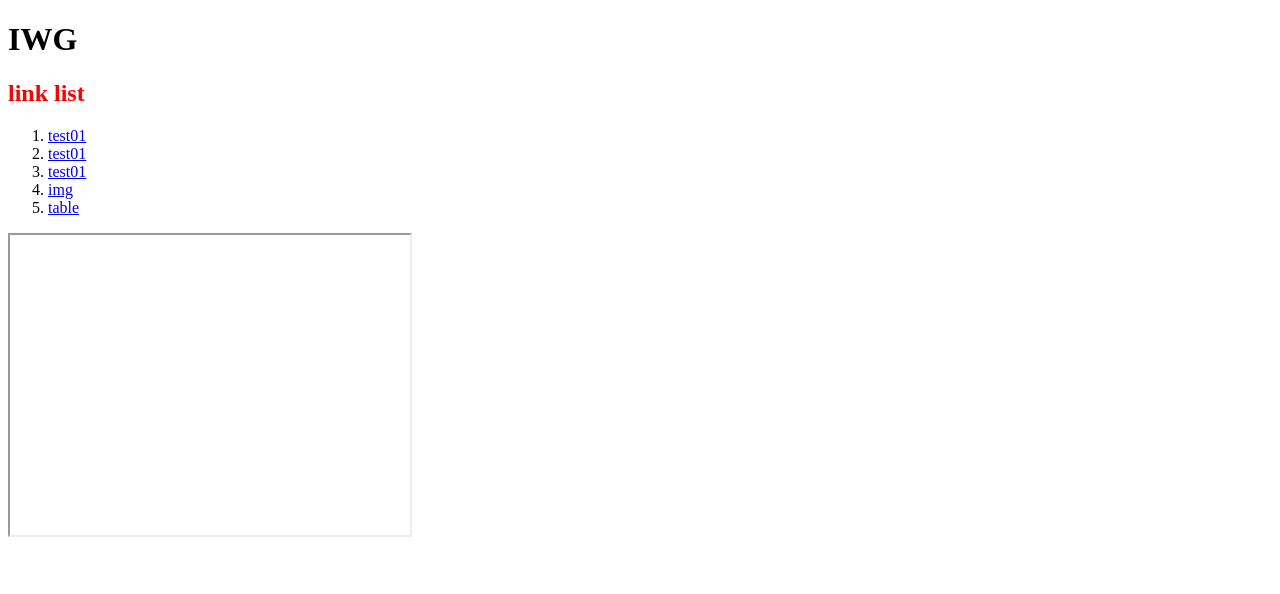
Repository: ssleap/multicampusIoT
Page: workspace190520/edu1/WebContent/index.html
The author's editor kept a copy of each file at every save. The page is drawn from the files as they stood at one save, then again after the next save.
The browser window is 1280 px wide. The pictures show the whole page.

Above is the page before, as saved 2019-05-20 07:43:07.

After the next save:
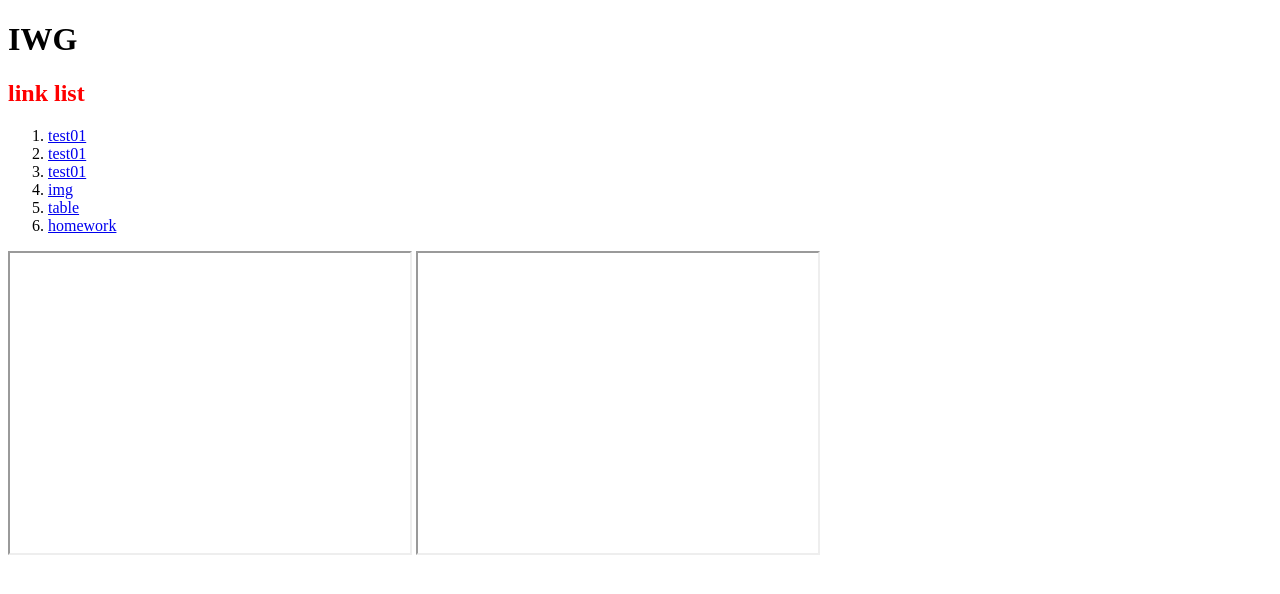
Saved 2 min 19 s later.
--- a/workspace190520/edu1/WebContent/index.html
+++ b/workspace190520/edu1/WebContent/index.html
@@ -17,11 +17,14 @@
 	<li><a href = "file:///C:/workspace190520/edu1/WebContent/test01.html">test01</a></li>
 	<li><a href = "http://70.12.115.57:9090/edu1/test01.html">test01</a></li>
 	<li><a href = "./img.html">img</a></li>
-	<li><a href = "./table.html" target = "iframe1">table</a></li>
+	<li><a href = "./table.html" target = "iframe2">table</a></li>
+	<li><a href = "./workshop.html" target = "iframe1">homework</a></li>
 	</ol>
 
 	<iframe name = "iframe1" width = "400"
 	height = "300"></iframe>
+	<iframe name = "iframe2" width = "400"
+	height = "300"></iframe>
 
 </body>
 </html>
